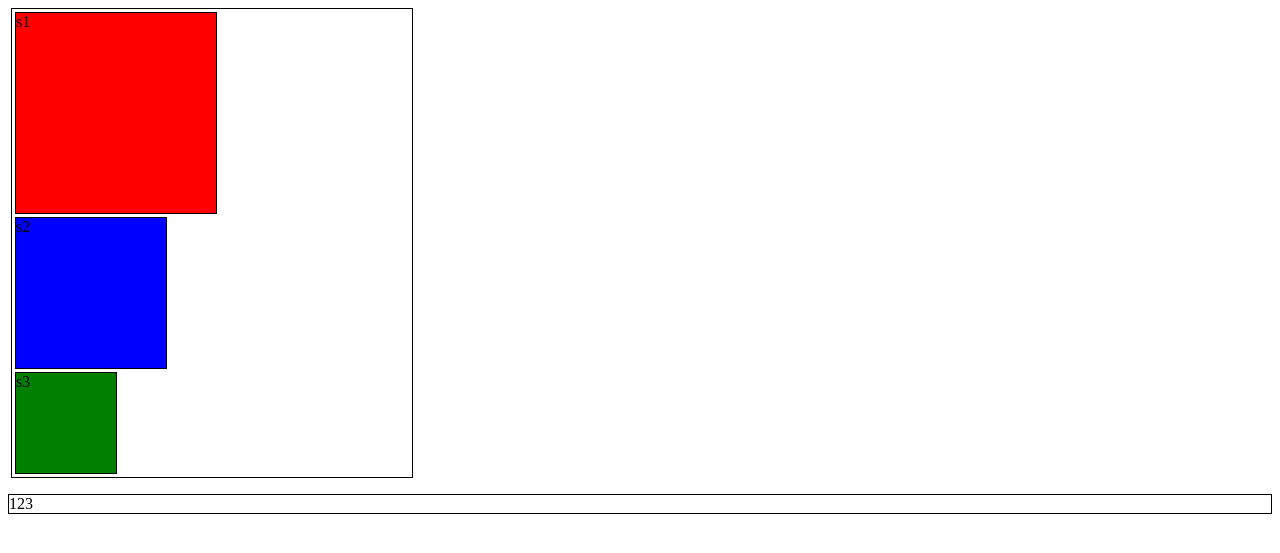
Repository: MasterKweng/workspace
Page: WebBasic/WebContent/Day02/右浮动.html
An editor plug-in stored every save of this project. The page is shown before and after the next save, followed by the edit.
The browser window is 1280 px wide. The pictures show the whole page.

Above is the page before, as saved 2018-01-05 02:24:30.

After the next save:
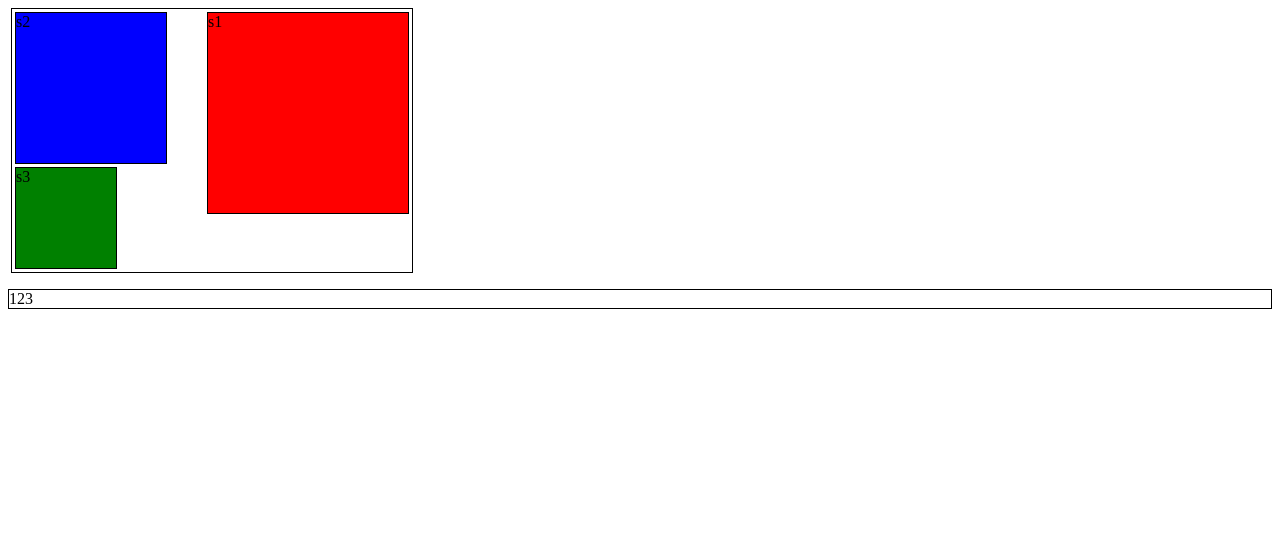
Saved 24 s later.
--- a/WebBasic/WebContent/Day02/右浮动.html
+++ b/WebBasic/WebContent/Day02/右浮动.html
@@ -29,6 +29,9 @@
 			p {
 				border:1px solid #000;
 			}
+			#son1{
+				float:right;
+			}
 		</style>
 	</head>
 	<body>
